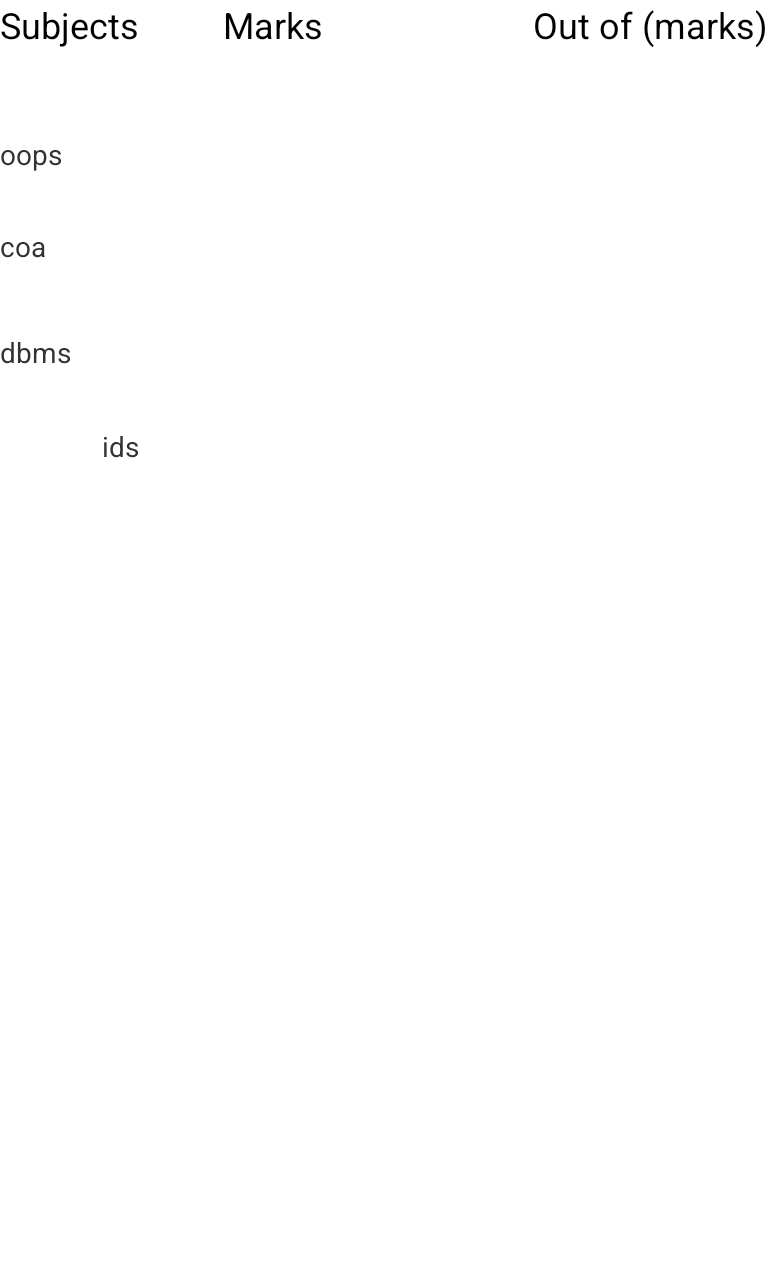
Repository: arjuntheprogrammer/iact
Layout: iact/iact android practice/mywork/ReportCard/res/layout/activity_second.xml
The author's editor kept a copy of each file at every save. The layout is drawn from the files as they stood at one save, then again after the next save.
It is drawn on a 768 x 1280 px phone screen (xhdpi) without system bars, with theme AppTheme; the app's code is not run.

Above is the layout before, as saved 2015-12-26 10:51:03.

### iact/iact android practice/mywork/ReportCard/res/layout/activity_second.xml
<?xml version="1.0" encoding="utf-8"?>
<RelativeLayout xmlns:android="http://schemas.android.com/apk/res/android"
    android:layout_width="match_parent"
    android:layout_height="match_parent" >

    <TextView
        android:id="@+id/textView1"
        android:layout_width="wrap_content"
        android:layout_height="wrap_content"
        android:layout_alignParentLeft="true"
        android:layout_alignParentTop="true"
        android:text="Subjects"
        android:textAppearance="?android:attr/textAppearanceMedium" />

    <TextView
        android:id="@+id/textView2"
        android:layout_width="wrap_content"
        android:layout_height="wrap_content"
        android:layout_alignParentTop="true"
        android:layout_marginLeft="42dp"
        android:layout_toRightOf="@+id/textView1"
        android:text="Marks"
        android:textAppearance="?android:attr/textAppearanceMedium" />

    <TextView
        android:id="@+id/textView3"
        android:layout_width="wrap_content"
        android:layout_height="wrap_content"
        android:layout_alignParentRight="true"
        android:layout_alignParentTop="true"
        android:text="Out of (marks)"
        android:textAppearance="?android:attr/textAppearanceMedium" />

    <TextView
        android:id="@+id/textView4"
        android:layout_width="wrap_content"
        android:layout_height="wrap_content"
        android:layout_alignParentLeft="true"
        android:layout_below="@+id/textView1"
        android:layout_marginTop="43dp"
        android:text="oops"
        android:textAppearance="?android:attr/textAppearanceSmall" />

    <TextView
        android:id="@+id/textView5"
        android:layout_width="wrap_content"
        android:layout_height="wrap_content"
        android:layout_alignParentLeft="true"
        android:layout_below="@+id/textView4"
        android:layout_marginTop="27dp"
        android:text="coa"
        android:textAppearance="?android:attr/textAppearanceSmall" />

    <TextView
        android:id="@+id/textView6"
        android:layout_width="wrap_content"
        android:layout_height="wrap_content"
        android:layout_alignParentLeft="true"
        android:layout_below="@+id/textView5"
        android:layout_marginTop="34dp"
        android:text="dbms"
        android:textAppearance="?android:attr/textAppearanceSmall" />

    <TextView
        android:id="@+id/textView7"
        android:layout_width="wrap_content"
        android:layout_height="wrap_content"
        android:layout_alignRight="@+id/textView1"
        android:layout_below="@+id/textView6"
        android:layout_marginTop="28dp"
        android:text="ids"
        android:textAppearance="?android:attr/textAppearanceSmall" />

</RelativeLayout>

Loaded but not shown: iact/iact android practice/mywork/ReportCard/res/values/styles.xml (common file); iact/iact android practice/mywork/ReportCard/res/values-v11/styles.xml (common file); iact/iact android practice/mywork/ReportCard/res/values-v14/styles.xml (common file)

After the next save:
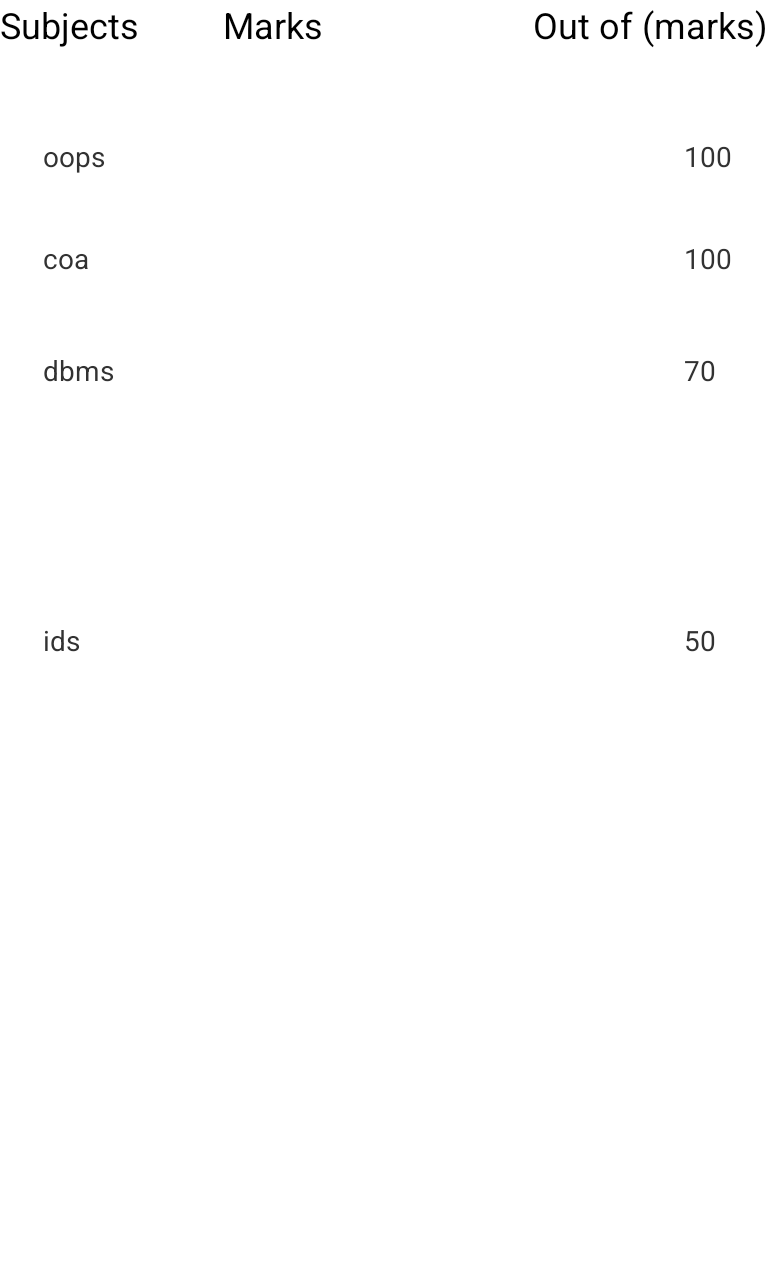
Saved 2 min 9 s later.
--- a/iact/iact android practice/mywork/ReportCard/res/layout/activity_second.xml
+++ b/iact/iact android practice/mywork/ReportCard/res/layout/activity_second.xml
@@ -35,40 +35,79 @@
         android:id="@+id/textView4"
         android:layout_width="wrap_content"
         android:layout_height="wrap_content"
-        android:layout_alignParentLeft="true"
+        android:layout_alignRight="@+id/textView1"
         android:layout_below="@+id/textView1"
-        android:layout_marginTop="43dp"
+        android:layout_marginRight="17dp"
+        android:layout_marginTop="44dp"
         android:text="oops"
+        android:textAppearance="?android:attr/textAppearanceSmall" />
+
+    <TextView
+        android:id="@+id/textView7"
+        android:layout_width="wrap_content"
+        android:layout_height="wrap_content"
+        android:layout_alignLeft="@+id/textView4"
+        android:layout_centerVertical="true"
+        android:text="ids"
+        android:textAppearance="?android:attr/textAppearanceSmall" />
+
+    <TextView
+        android:id="@+id/textView6"
+        android:layout_width="wrap_content"
+        android:layout_height="wrap_content"
+        android:layout_alignLeft="@+id/textView7"
+        android:layout_below="@+id/textView5"
+        android:layout_marginTop="37dp"
+        android:text="dbms"
         android:textAppearance="?android:attr/textAppearanceSmall" />
 
     <TextView
         android:id="@+id/textView5"
         android:layout_width="wrap_content"
         android:layout_height="wrap_content"
-        android:layout_alignParentLeft="true"
+        android:layout_alignLeft="@+id/textView4"
         android:layout_below="@+id/textView4"
-        android:layout_marginTop="27dp"
+        android:layout_marginTop="32dp"
         android:text="coa"
         android:textAppearance="?android:attr/textAppearanceSmall" />
 
     <TextView
-        android:id="@+id/textView6"
+        android:id="@+id/textView8"
         android:layout_width="wrap_content"
         android:layout_height="wrap_content"
-        android:layout_alignParentLeft="true"
-        android:layout_below="@+id/textView5"
-        android:layout_marginTop="34dp"
-        android:text="dbms"
+        android:layout_alignBottom="@+id/textView4"
+        android:layout_alignParentRight="true"
+        android:layout_marginRight="18dp"
+        android:text="100"
         android:textAppearance="?android:attr/textAppearanceSmall" />
 
     <TextView
-        android:id="@+id/textView7"
+        android:id="@+id/textView9"
         android:layout_width="wrap_content"
         android:layout_height="wrap_content"
-        android:layout_alignRight="@+id/textView1"
-        android:layout_below="@+id/textView6"
-        android:layout_marginTop="28dp"
-        android:text="ids"
+        android:layout_alignBottom="@+id/textView5"
+        android:layout_alignLeft="@+id/textView8"
+        android:text="100"
+        android:textAppearance="?android:attr/textAppearanceSmall" />
+
+    <TextView
+        android:id="@+id/textView10"
+        android:layout_width="wrap_content"
+        android:layout_height="wrap_content"
+        android:layout_alignBaseline="@+id/textView6"
+        android:layout_alignBottom="@+id/textView6"
+        android:layout_alignLeft="@+id/textView9"
+        android:text="70"
+        android:textAppearance="?android:attr/textAppearanceSmall" />
+
+    <TextView
+        android:id="@+id/textView11"
+        android:layout_width="wrap_content"
+        android:layout_height="wrap_content"
+        android:layout_alignBaseline="@+id/textView7"
+        android:layout_alignBottom="@+id/textView7"
+        android:layout_alignLeft="@+id/textView10"
+        android:text="50"
         android:textAppearance="?android:attr/textAppearanceSmall" />
 
 </RelativeLayout>
